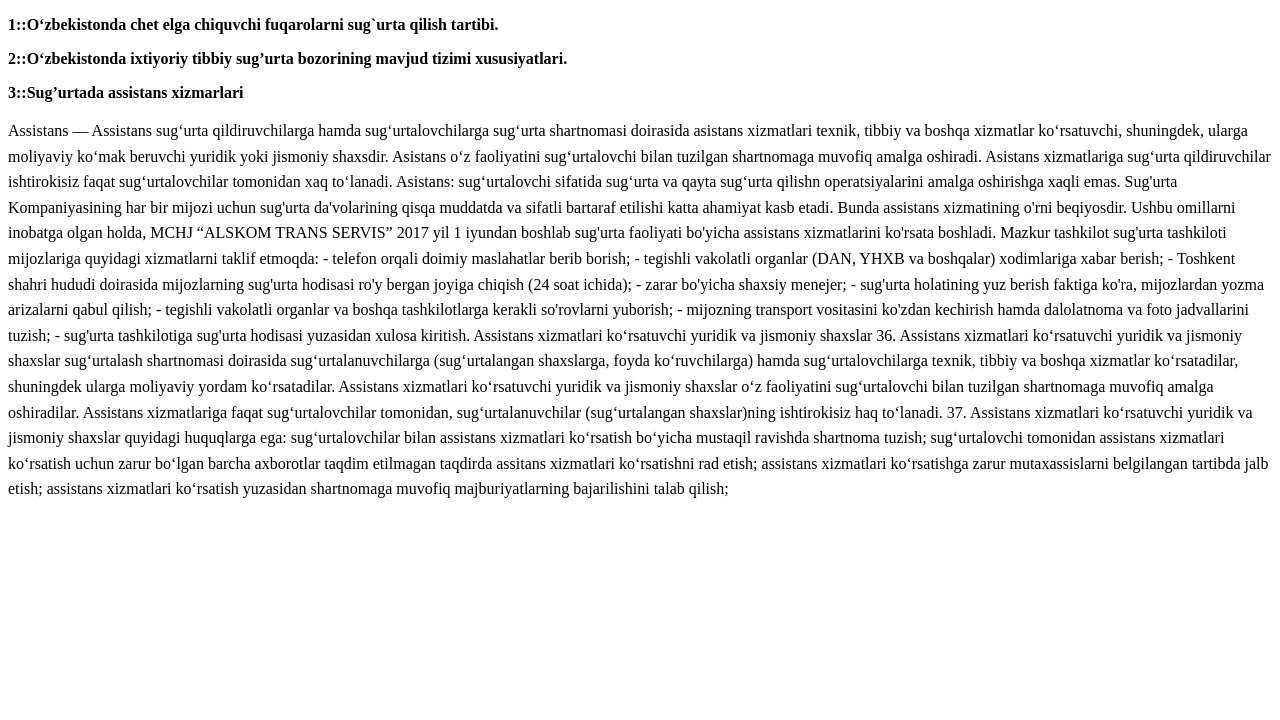
Repository: Ikromkhurozov/exam-inst
Page: index.html
An editor plug-in stored every save of this project. The page is shown before and after a run of saves, followed by the edit.
The browser window is 1280 px wide. The pictures show the whole page.

Above is the page before, as saved 2023-05-21 15:02:58.

### index.html
<!DOCTYPE html>
<html lang="en">
<head>
  <meta charset="UTF-8">
  <meta http-equiv="X-UA-Compatible" content="IE=edge">
  <meta name="viewport" content="width=device-width, initial-scale=1.0">
  <title>Document</title>

  <style>
    div{
      line-height: 1.6;
    }

    h3{
      font-size: 16px;
    }
  </style>
</head>
<body>
    <h3>1::O‘zbekistonda chet elga chiquvchi fuqarolarni sug`urta qilish tartibi.</h3>
    <div></div>

    <h3>2::O‘zbekistonda ixtiyoriy tibbiy sugʼurta bozorining mavjud tizimi xususiyatlari.</h3>
    <div>


    </div>

    <h3>3::Sug’urtada assistans xizmarlari</h3>
    <div>
      Assistans — Assistans sugʻurta qildiruvchilarga hamda
      sugʻurtalovchilarga sugʻurta shartnomasi doirasida asistans
      xizmatlari texnik, tibbiy va boshqa xizmatlar koʻrsatuvchi, shuningdek,
      ularga moliyaviy koʻmak beruvchi yuridik yoki jismoniy shaxsdir.
      Asistans oʻz faoliyatini sugʻurtalovchi bilan tuzilgan shartnomaga
      muvofiq amalga oshiradi. Asistans xizmatlariga sugʻurta
      qildiruvchilar ishtirokisiz faqat sugʻurtalovchilar tomonidan xaq
      toʻlanadi. Asistans: sugʻurtalovchi sifatida sugʻurta va qayta sugʻurta
      qilishn operatsiyalarini amalga oshirishga xaqli emas.

      Sug'urta Kompaniyasining har bir mijozi uchun sug'urta
      da'volarining qisqa muddatda va sifatli bartaraf etilishi katta
      ahamiyat kasb etadi. Bunda assistans xizmatining o'rni
      beqiyosdir. Ushbu omillarni inobatga olgan holda, MCHJ
      “ALSKOM TRANS SERVIS” 2017 yil 1 iyundan boshlab sug'urta
      faoliyati bo'yicha assistans xizmatlarini ko'rsata boshladi.

      Mazkur tashkilot sug'urta tashkiloti mijozlariga quyidagi xizmatlarni taklif
      etmoqda:
      - telefon orqali doimiy maslahatlar berib borish;
      - tegishli vakolatli organlar (DAN, YHXB va boshqalar) xodimlariga xabar berish;
      - Toshkent shahri hududi doirasida mijozlarning sug'urta hodisasi ro'y bergan
      joyiga chiqish (24 soat ichida);
      - zarar bo'yicha shaxsiy menejer;
      - sug'urta holatining yuz berish faktiga ko'ra, mijozlardan yozma arizalarni
      qabul qilish;
      - tegishli vakolatli organlar va boshqa tashkilotlarga kerakli so'rovlarni
      yuborish;
      - mijozning transport vositasini ko'zdan kechirish hamda dalolatnoma va foto
      jadvallarini tuzish;
      - sug'urta tashkilotiga sug'urta hodisasi yuzasidan xulosa kiritish.

      Assistans xizmatlari ko‘rsatuvchi yuridik va jismoniy shaxslar
      36. Assistans xizmatlari ko‘rsatuvchi yuridik va jismoniy shaxslar sug‘urtalash
      shartnomasi doirasida sug‘urtalanuvchilarga (sug‘urtalangan shaxslarga, foyda
      ko‘ruvchilarga) hamda sug‘urtalovchilarga texnik, tibbiy va boshqa xizmatlar
      ko‘rsatadilar, shuningdek ularga moliyaviy yordam ko‘rsatadilar.
      Assistans xizmatlari ko‘rsatuvchi yuridik va jismoniy shaxslar o‘z faoliyatini
      sug‘urtalovchi bilan tuzilgan shartnomaga muvofiq amalga oshiradilar.
      Assistans xizmatlariga faqat sug‘urtalovchilar tomonidan, sug‘urtalanuvchilar
      (sug‘urtalangan shaxslar)ning ishtirokisiz haq to‘lanadi.
      37. Assistans xizmatlari ko‘rsatuvchi yuridik va jismoniy shaxslar quyidagi huquqlarga ega:
      sug‘urtalovchilar bilan assistans xizmatlari ko‘rsatish bo‘yicha mustaqil ravishda
      shartnoma tuzish;
      sug‘urtalovchi tomonidan assistans xizmatlari ko‘rsatish uchun zarur bo‘lgan
      barcha axborotlar taqdim etilmagan taqdirda assitans xizmatlari ko‘rsatishni rad
      etish;
      assistans xizmatlari ko‘rsatishga zarur mutaxassislarni belgilangan tartibda jalb
      etish;
      assistans xizmatlari ko‘rsatish yuzasidan shartnomaga muvofiq majburiyatlarning
      bajarilishini talab qilish;
    </div>
</body>
</html>

After the next 5 saves:
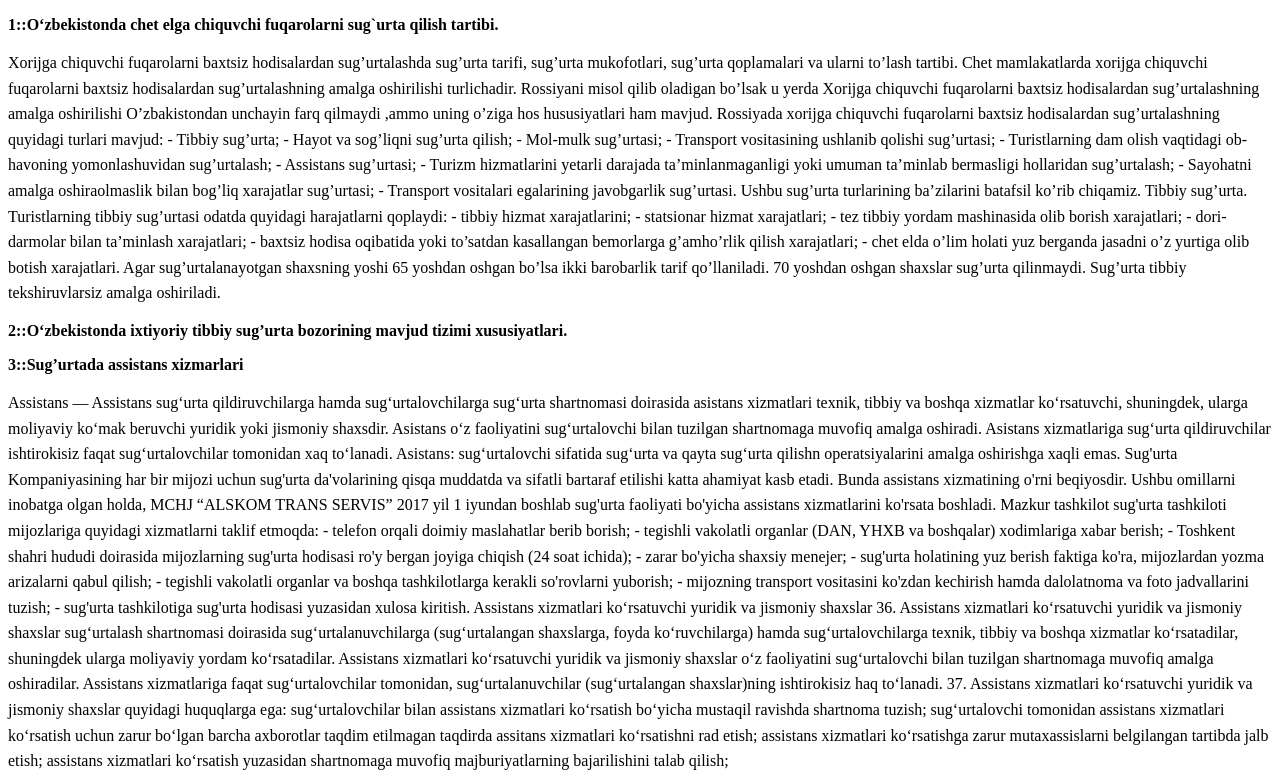
The 5 saves are shown as one change because they came seconds apart.
The last was saved 16 s later.
--- a/index.html
+++ b/index.html
@@ -18,7 +18,41 @@
 </head>
 <body>
     <h3>1::O‘zbekistonda chet elga chiquvchi fuqarolarni sug`urta qilish tartibi.</h3>
-    <div></div>
+    <div>
+      Xorijga chiquvchi fuqarolarni baxtsiz hodisalardan sug’urtalashda sug’urta tarifi,
+      sug’urta mukofotlari, sug’urta qoplamalari va ularni to’lash tartibi.
+      Chet mamlakatlarda xorijga chiquvchi fuqarolarni baxtsiz hodisalardan sug’urtalashning
+      amalga oshirilishi turlichadir. Rossiyani misol qilib oladigan bo’lsak u yerda Xorijga chiquvchi
+      fuqarolarni  baxtsiz  hodisalardan  sug’urtalashning  amalga  oshirilishi  O’zbakistondan  unchayin
+      farq qilmaydi ,ammo uning o’ziga hos hususiyatlari ham mavjud.
+      Rossiyada  xorijga  chiquvchi  fuqarolarni  baxtsiz hodisalardan  sug’urtalashning  quyidagi
+      turlari mavjud:
+      - Tibbiy sug’urta;
+      - Hayot va sog’liqni sug’urta qilish;
+      - Mol-mulk sug’urtasi;
+      - Transport vositasining ushlanib qolishi sug’urtasi;
+      - Turistlarning dam olish vaqtidagi ob- havoning yomonlashuvidan sug’urtalash;
+      - Assistans sug’urtasi;
+      - Turizm  hizmatlarini  yetarli  darajada  ta’minlanmaganligi  yoki  umuman  ta’minlab
+      bermasligi hollaridan sug’urtalash;
+      - Sayohatni amalga oshiraolmaslik bilan bog’liq xarajatlar sug’urtasi;
+      - Transport vositalari egalarining javobgarlik sug’urtasi.
+      Ushbu sug’urta turlarining ba’zilarini batafsil ko’rib chiqamiz.
+      Tibbiy sug’urta. Turistlarning tibbiy sug’urtasi odatda quyidagi harajatlarni qoplaydi:
+      -  tibbiy hizmat xarajatlarini;
+      -  statsionar hizmat xarajatlari;
+      - tez tibbiy yordam mashinasida olib borish xarajatlari;
+      - dori-darmolar bilan ta’minlash xarajatlari;
+      -  baxtsiz  hodisa  oqibatida  yoki  to’satdan  kasallangan  bemorlarga  g’amho’rlik  qilish
+      xarajatlari;
+      - chet elda o’lim holati yuz berganda jasadni o’z yurtiga olib botish xarajatlari.
+      Agar sug’urtalanayotgan shaxsning yoshi 65 yoshdan oshgan bo’lsa ikki barobarlik tarif
+      qo’llaniladi.  70  yoshdan  oshgan  shaxslar  sug’urta  qilinmaydi.  Sug’urta  tibbiy  tekshiruvlarsiz
+      amalga oshiriladi.
+
+
+
+    </div>
 
     <h3>2::O‘zbekistonda ixtiyoriy tibbiy sugʼurta bozorining mavjud tizimi xususiyatlari.</h3>
     <div>
